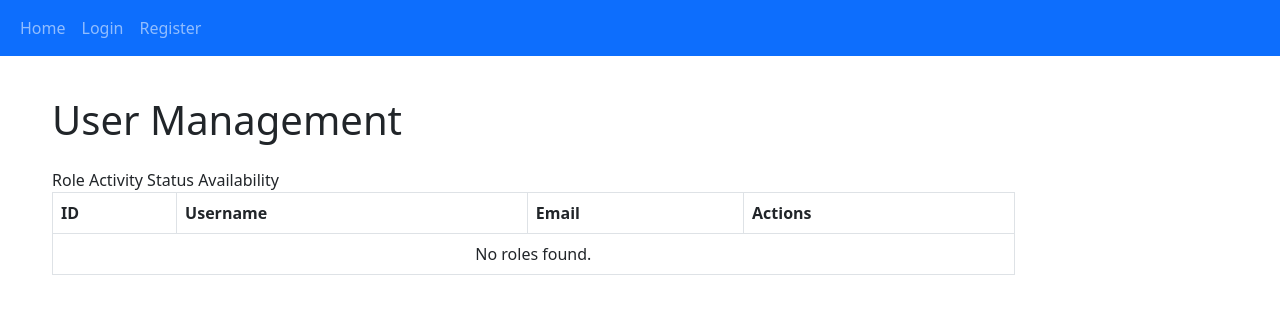
Repository: Matsikembareb/myPowervision
Page: http://localhost/users
These files come from the project's save history. The page is drawn as it stood at one moment and after the next save; the edit follows.
The browser window is 1280 px wide. The pictures show the whole page.
The page is served by the project's application, run on Flask 3 (01prototype/myPowervision/__init__.py). Other server files are loaded and not shown.

Above is the page before, as saved 2025-09-26 15:34:03.

### 01prototype/myPowervision/templates/user_management/users.html
{% extends "base.html" %}

{% block content %}
<div class="container mt-4">
    <h1 class="mb-4">User Management</h1>

    <table class="table table-bordered">
      <thead>
        <tr>
          <th>ID</th>
          <th>Username</th>
          <th>Email</th>
          Role
          Activity Status
          Availability
          <th>Actions</th>
        </tr>
      </thead>
      <tbody>
        {% for user in users %}
          <tr>
            <td>{{ role.id }}</td>
            <td>{{ role.name }}</td>
            <td>{{ role.description }}</td>
            <td>
              <a href="{{ url_for('home_page', role_id=role.id) }}" class="btn btn-sm btn-warning">Edit</a>
              <form action="{{ url_for('home_page', role_id=role.id) }}" method="POST" style="display:inline;">
                <button type="submit" class="btn btn-sm btn-danger" onclick="return confirm('Are you sure you want to delete this role?');">Delete</button>
              </form>
            </td>
          </tr>
        {% else %}
          <tr>
            <td colspan="4" class="text-center">No roles found.</td>
          </tr>
        {% endfor %}
      </tbody>
    </table>
  </div>
{% endblock content %}

### 01prototype/myPowervision/templates/base.html
<!doctype html>
<html lang="en">
  <head>
    <!-- Required meta tags -->
    <meta charset="utf-8">
    <meta name="viewport" content="width=device-width, initial-scale=1">

    <!-- Bootstrap CSS -->
    <link href="https://cdn.jsdelivr.net/npm/bootstrap@5.0.2/dist/css/bootstrap.min.css" rel="stylesheet" integrity="sha384-EVSTQN3/azprG1Anm3QDgpJLIm9Nao0Yz1ztcQTwFspd3yD65VohhpuuCOmLASjC" crossorigin="anonymous">
    <!-- Font Awesome for icons -->
    <link href="https://cdnjs.cloudflare.com/ajax/libs/font-awesome/6.0.0/css/all.min.css" rel="stylesheet">

    {% if title %}
    <title>{{ title }} - myPowervision</title>
    {% else %}
    <title>myPowervision</title>
    {% endif %}
  </head>
  <body>
    <nav class="navbar navbar-expand-sm bg-primary navbar-dark">
      <div class="container-fluid">
        <ul class="navbar-nav">
          <li class="nav-item">
          <a class="nav-link {{ 'active' if active == 'home' else '' }}" href="{{ url_for('home_page') }}">Home<span class="visually-hidden">(current)</span></a>
          </li>
          {% if current_user.is_anonymous %}
          <li class="nav-item">
            <a class="nav-link {{ 'active' if active == 'login' else '' }}" href="{{ url_for('login_page') }}">Login</a>
          </li>
          <li class="nav-item">
            <a class="nav-link {{ 'active' if active == 'register' else '' }}" href="{{ url_for('register_page') }}">Register</a>
          </li>
          {% else %}
          <li class="nav-item">
            <a class="nav-link btn btn-outline-light btn-sm" href="{{ url_for('logout') }}">Logout</a>
          </li>
          {% endif %}
        </ul>
      </div>
    </nav>


    <!-- Flash messages -->
    {% with messages=get_flashed_messages(with_categories=True) %}
      {% if messages %}
        <div class="container-fluid mt-3">
          {% for category, message in messages %}
            <div class="alert alert-{{ category }} alert-dismissible fade show">
              <button type="button" class="btn-close" data-bs-dismiss="alert" aria-label="Close"></button>
              {{ message }}
            </div>
          {% endfor %}
        </div>
      {% endif %}
    {% endwith %}

    <!-- Main layout with sidebar and content -->
    <div class="container-fluid">
      <div class="row">
        {% if current_user.is_authenticated %}
        <!-- Vertical Sidebar -->
        <div class="col-md-3 col-lg-2 px-0">
          {% include 'menu.html' %}
        </div>
        {% endif %}
        <!-- Main Content Area -->
        <div class="col-md-9 col-lg-10">
          <main class="p-3">
            {% block content %}{% endblock content %}
          </main>
        </div>
      </div>
    </div>

    <!-- Bootstrap Bundle with Popper -->
    <script src="https://cdn.jsdelivr.net/npm/bootstrap@5.0.2/dist/js/bootstrap.bundle.min.js" integrity="sha384-MrcW6ZMFYlzcLA8Nl+NtUVF0sA7MsXsP1UyJoMp4YLEuNSfAP+JcXn/tWtIaxVXM" crossorigin="anonymous"></script>
  </body>
</html>

### 01prototype/myPowervision/routes.py
from myPowervision import app
from flask import render_template, url_for, redirect, flash, request
from flask_login import login_user, logout_user, current_user
from urllib.parse import urlsplit
import sqlalchemy as sa

from myPowervision import db
from myPowervision.forms import LoginForm, RegistrationForm, RoleForm, PermissionForm
from myPowervision.models import Permission, Role, User


@app.route('/')
@app.route('/home')
def home_page():
    return render_template('index.html', title='Home', active='home')

@app.route('/register', methods=['GET', 'POST'])
def register_page():
    if current_user.is_authenticated:
        return redirect(url_for('home_page'))
    form = RegistrationForm()
    if form.validate_on_submit():
        user = User(username=form.username.data, email=form.email.data)
        user.set_password(form.password.data)
        db.session.add(user)
        db.session.commit()
        flash('Registration successful! You can now log in.', category='success')
        return redirect(url_for('login_page'))
    return render_template('auth/register.html', title='Register', active='register', form=form)

@app.route('/login', methods=['GET', 'POST'])
def login_page():
    if current_user.is_authenticated:
        return redirect(url_for('home_page'))
    form = LoginForm()
    if form.validate_on_submit():
        user = db.session.scalar(sa.select(User).where(User.username == form.username.data))
        if user:
            if user.check_password(form.password.data):
                login_user(user, remember=form.remember_me.data)
                next_page = request.args.get('next')
                if not next_page or urlsplit(next_page).netloc != '':
                    next_page = url_for('home_page')
                flash(f'Login successful for user {form.username.data}', category='success')
                return redirect(next_page)
            else:
                flash('Invalid password!', category='danger')
                return redirect(url_for('login_page'))
        else:
            flash('User not found!', category='danger')
            return redirect(url_for('login_page'))

    return render_template('auth/login.html', title='Sign In', active='login', form=form)

@app.route('/forgot-password')
def forgot_password_page():
    return render_template('auth/forgot_password.html', title='Forgot Password', active='forgot_password')

@app.route('/logout')
def logout():
    logout_user()
    flash('You have been logged out.', category='success')
    return redirect(url_for('home_page'))

# ---------------------------------USERS, ROLES, PERMISSIONS--------------------------------------
# ---------------------------------Users--------------------------------------
@app.route("/users")
def userManagement():
    return render_template('user_management/users.html', title='User Management', active='users')
# ---------------------------------Roles--------------------------------------
@app.route("/roles")
def roleManagement():
    return render_template('user_management/roles.html', title='Role Management', active='roles')

@app.route("/create-role", methods=['GET', 'POST'])
def create_role():
    form = RoleForm()
    if form.validate_on_submit():
        new_role = Role(name=form.name.data, description=form.description.data)
        db.session.add(new_role)
        db.session.commit()
        flash('Role created successfully!', category='success')
        return redirect(url_for('roleManagement'))
    return render_template('user_management/create_role.html', title='Create Role', active='roles', form=form)

# ---------------------------------Permissions--------------------------------------
@app.route("/permissions")
def permissionManagement():
    return render_template('user_management/permissions.html', title='Permission Management', active='permissions')

@app.route("/create-permission", methods=['GET', 'POST'])
def create_permission():
    form = PermissionForm()
    if form.validate_on_submit():
        new_permission = Permission(name=form.name.data, description=form.description.data)
        db.session.add(new_permission)
        db.session.commit()
        flash('Permission created successfully!', category='success')
        return redirect(url_for('permissionManagement'))
    return render_template('user_management/create_permission.html', title='Create Permission', active='permissions', form=form)
# ---------------------------------admin area--------------------------------------


# admin dashboard
@app.route("/admin/dashboard", methods=['GET','POST'])
def adminDashboard():
    if not session.get('admin_id'):
        return redirect(url_for('adminIndex'))
    total_users = User.query.count()
    approved_users = User.query.filter_by(status=1).count()
    disapproved_users = User.query.filter_by(status=0).count()
    return render_template("auth/admin/dashboard.html", title="Admin Dashboard", total_users=total_users, approved_users=approved_users, disapproved_users=disapproved_users)

# ADMIN get all users
@app.route("/admin/users", methods=['GET','POST'])
def adminUsers():
    if not session.get('admin_id'):
        return redirect(url_for('adminIndex'))
    users = User.query.all()
    if request.method == 'POST':
        # Fetch all users
        search = request.form.get('search')
        users = User.query.filter((User.fname.contains(search)) | (User.lname.contains(search)) | (User.email.contains(search))).all()
    return render_template("auth/admin/users.html", title="All Users", users=users)

# ADMIN approve user
@app.route("/admin/approve/<int:user_id>")
def adminApproveUser(user_id):
    if not session.get('admin_id'):
        return redirect(url_for('adminIndex'))
    user = User.query.get(user_id)
    if user:
        user.status = 1  # Approve the user
        db.session.commit()
        flash("User approved successfully", "success")
    else:
        flash("Error!", "danger")
    return redirect(url_for('adminUsers'))

# ADMIN disapprove user
@app.route("/admin/disapprove")
def adminDisapproveUser(user_id):
    if not session.get('admin_id'):
        return redirect(url_for('adminIndex'))
    user = User.query.get(user_id)
    if user:
        user.status = 0  # Disapprove the user
        db.session.commit()
        flash("User disapproved successfully", "success")
    else:
        flash("Error!", "danger")
    return redirect(url_for('adminUsers'))

### 01prototype/myPowervision/__init__.py
from flask import Flask, render_template, redirect, url_for, flash
from config import Config
from flask_sqlalchemy import SQLAlchemy
from flask_migrate import Migrate
from flask_login import LoginManager

app = Flask(__name__)
app.config.from_object(Config)
db = SQLAlchemy(app)
migrate = Migrate(app, db)
login = LoginManager(app)
login.login_view = 'login_page'

from myPowervision import routes, models

After the next save:
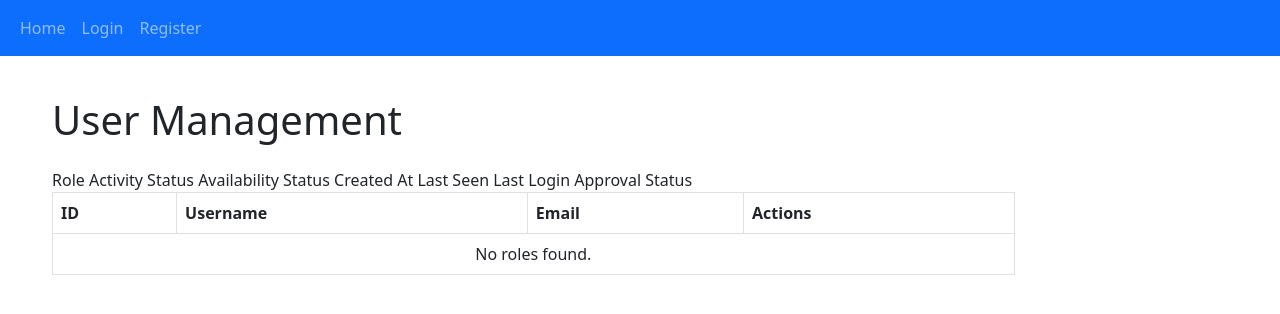
Saved 55 s later.
--- a/01prototype/myPowervision/templates/user_management/users.html
+++ b/01prototype/myPowervision/templates/user_management/users.html
@@ -12,7 +12,11 @@
           <th>Email</th>
           Role
           Activity Status
-          Availability
+          Availability Status
+          Created At
+          Last Seen
+          Last Login
+          Approval Status
           <th>Actions</th>
         </tr>
       </thead>
